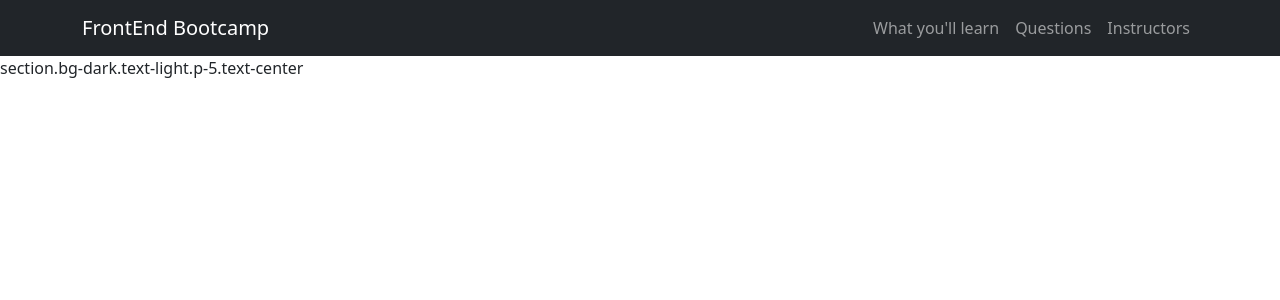
Repository: HaziimYassien/Front-End-BootCamp-__BootStrap-Project
Page: Front End BootCamp2/index.html
The author's editor kept a copy of each file at every save. The page is drawn from the files as they stood at one save, then again after a run of saves.
The browser window is 1280 px wide. The pictures show the whole page.

Above is the page before, as saved 2024-01-12 02:03:16.

### Front End BootCamp2/index.html
<!DOCTYPE html>
<html lang="en">
  <head>
    <meta charset="utf-8" />
    <meta name="viewport" content="width=device-width, initial-scale=1" />
    <title>Frontend Bootcamp</title>
    <link
      href="https://cdn.jsdelivr.net/npm/bootstrap@5.3.2/dist/css/bootstrap.min.css"
      rel="stylesheet"
      integrity="sha384-T3c6CoIi6uLrA9TneNEoa7RxnatzjcDSCmG1MXxSR1GAsXEV/Dwwykc2MPK8M2HN"
      crossorigin="anonymous"
    />
    <link rel="stylesheet" href="style.css" />
  </head>
  <body>
    <!-- START _NavigationBar -->
    <nav class="navbar navbar-expand-lg bg-dark navbar-dark">
      <div class="container">
        <a href="#" class="navbar-brand">FrontEnd Bootcamp</a>
        <button
          class="navbar-toggler"
          type="button"
          data-bs-toggle="collapse"
          data-bs-target="#navmenu"
        >
          <span class="navbar-toggler-icon"></span>
        </button>
        <div class="collapse navbar-collapse" id="navmenu">
          <ul class="navbar-nav ms-auto">
            <li class="nav-item">
              <a href="#learn" class="nav-link">What you'll learn</a>
            </li>
            <li class="nav-item">
              <a href="#questions" class="nav-link">Questions</a>
            </li>
            <li class="nav-item">
              <a href="#instructors" class="nav-link">Instructors</a>
            </li>
          </ul>
        </div>
      </div>
    </nav>
    <!-- END _NavigationBar -->

    <!-- START _ShowCase -->
    section.bg-dark.text-light.p-5.text-center
    <script
      src="https://cdn.jsdelivr.net/npm/bootstrap@5.3.2/dist/js/bootstrap.bundle.min.js"
      integrity="sha384-C6RzsynM9kWDrMNeT87bh95OGNyZPhcTNXj1NW7RuBCsyN/o0jlpcV8Qyq46cDfL"
      crossorigin="anonymous"
    ></script>
  </body>
</html>

Loaded but not shown: Front End BootCamp2/style.css (no copy from this time; the picture is the same without it)

After the next 2 saves:
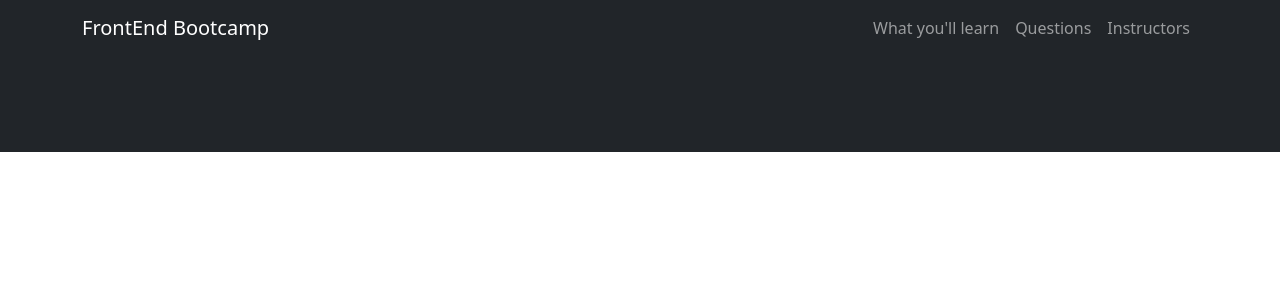
The 2 saves are shown as one change because they came seconds apart.
The last was saved 11 s later.
--- a/Front End BootCamp2/index.html
+++ b/Front End BootCamp2/index.html
@@ -43,7 +43,7 @@
     <!-- END _NavigationBar -->
 
     <!-- START _ShowCase -->
-    section.bg-dark.text-light.p-5.text-center
+    <section class="bg-dark text-light p-5 text-center"></section>
     <script
       src="https://cdn.jsdelivr.net/npm/bootstrap@5.3.2/dist/js/bootstrap.bundle.min.js"
       integrity="sha384-C6RzsynM9kWDrMNeT87bh95OGNyZPhcTNXj1NW7RuBCsyN/o0jlpcV8Qyq46cDfL"
